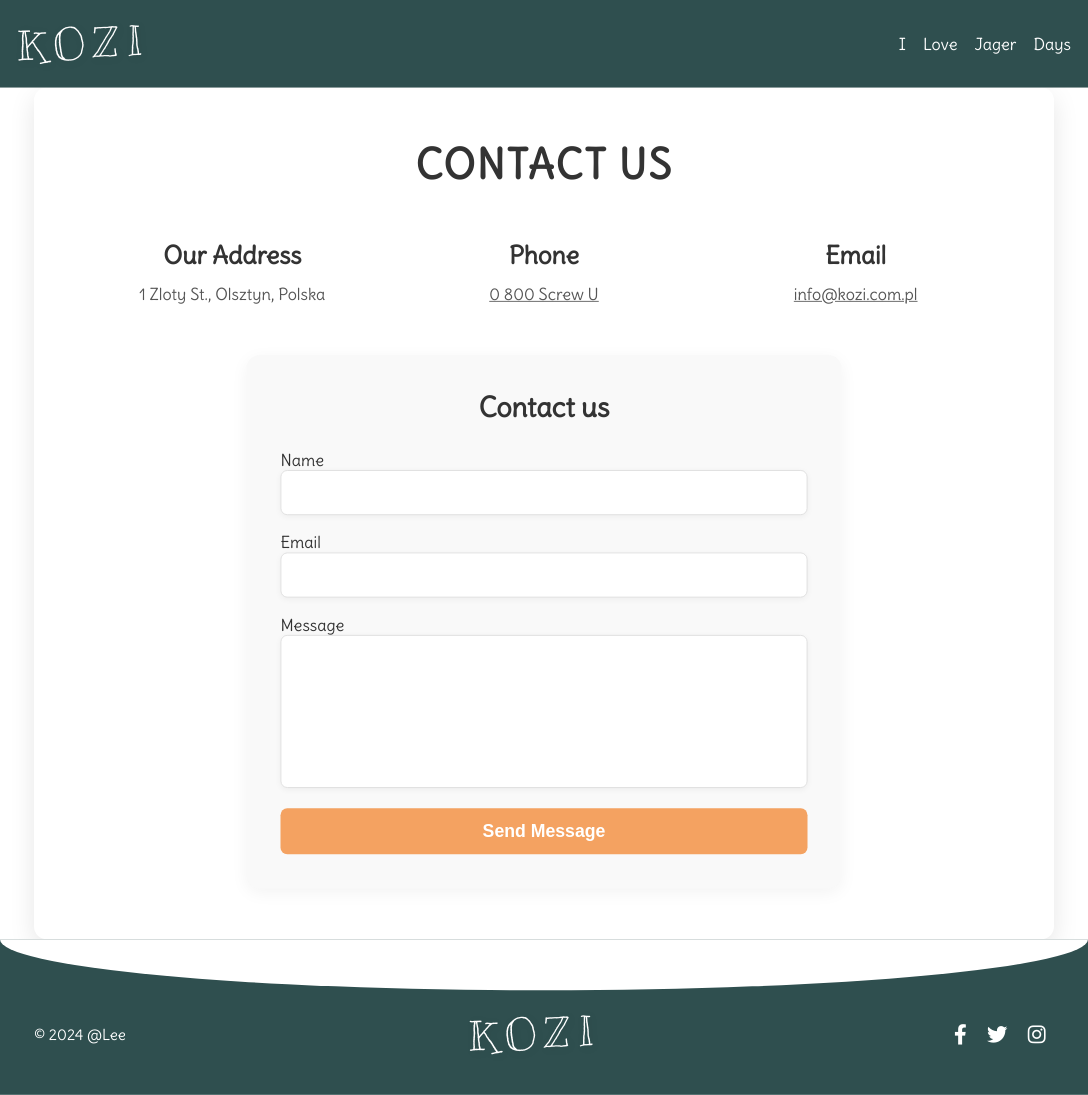
Repository: leerichie/kozi
Page: index.html
These files come from the project's save history. The page is drawn as it stood at one moment and after the next save; the edit follows.
The browser window is 1280 px wide. The pictures show the whole page, at 85% of full size.

Above is the page before, as saved 2024-10-24 20:01:04.

After the next save:
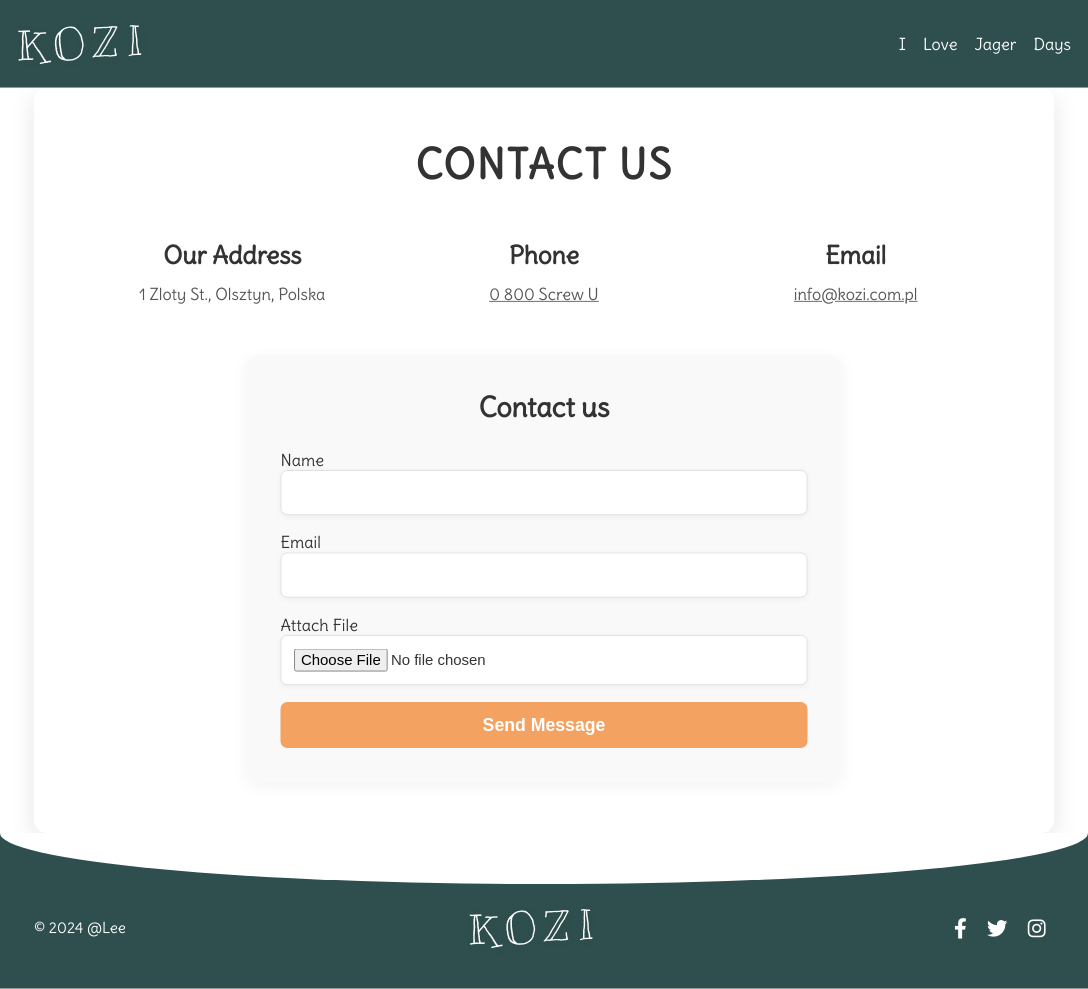
Saved 95 s later.
--- a/index.html
+++ b/index.html
@@ -78,8 +78,8 @@
                     <input type="email" id="email" name="email" required>
                 </div>
                 <div class="form-group">
-                    <label for="message">Message</label>
-                    <textarea id="message" name="message" required></textarea>
+                    <label for="attachment">Attach File</label>
+                    <input type="file" id="attachment" name="attachment" class="file-input" required>
                 </div>
                 <button type="submit" class="submit-btn">Send Message</button>
             </form>
